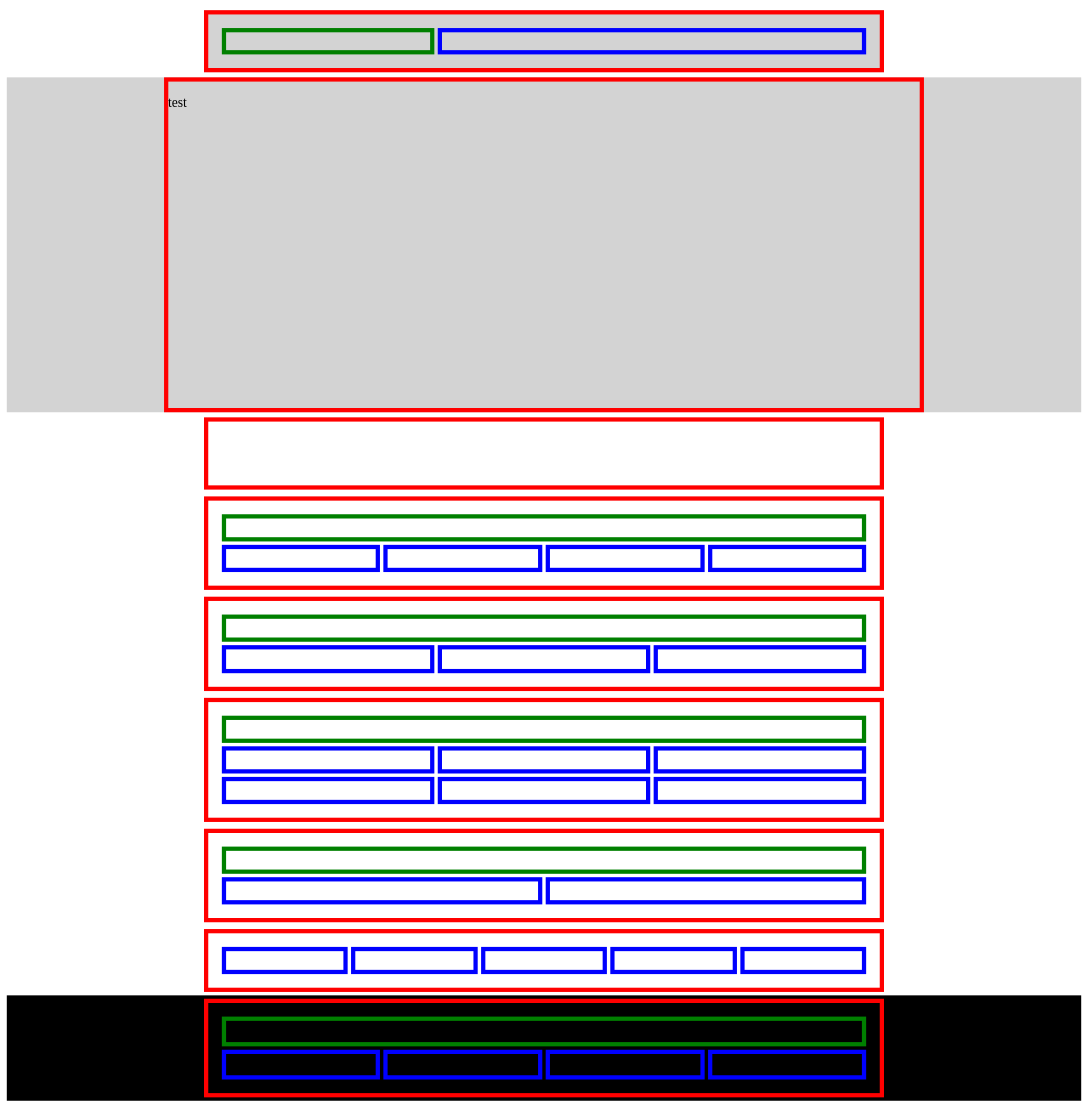
Repository: anderscederberg11/LAB2BG
Page: index.html
These files come from the project's save history. The page is drawn as it stood at one moment and after the next save; the edit follows.
The browser window is 1280 px wide. The pictures show the whole page, at 85% of full size.

Above is the page before, as saved 2024-02-01 20:44:02.

### index.html
<!doctype html>
<html class="no-js" lang="en">

<head>
  <meta charset="utf-8">
  <meta name="viewport" content="width=device-width, initial-scale=1">
  <title>Sebastians Wonderful Website</title>
  <link rel="stylesheet" href="css/style.css">
  <meta name="description" content="sebastians website">
  <meta property="og:title" content="Sebastians Wonderful Website">
  <meta property="og:type" content="website">
  <meta property="og:url" content="https://www.SebastianWebsite.com">
  <!--<meta property="og:image" content=""> -->

  <link rel="icon" href="/favicon.ico" sizes="any">
  <link rel="icon" href="/icon.svg" type="image/svg+xml">
  <link rel="apple-touch-icon" href="icon.png">

</head>
    <body class="displayContainer">

        <header class="headerContainer">
            <div class="headerTitleContainer">
                <h1 class="title"></h1>
            </div>
            <div class="headerImageContainer"></div>
        </header>

        <div class="sectionOne">
            <div class="sectionOneImage">
                <div class="sectionOneList">
                    <p>test</p>
                </div>
                <!-- image -->
            </div>
        </div>

        <div class="sectionTwo">
            <h1 class="title"></h1>
        </div>

        <div class="sectionThree">
            <div class="headerSectionThree">
                <h2 class="secondHeader"></h2>
                <h5 class="subHeader"></h5>
            </div>
            <div class="card"></div>
            <div class="card"></div>
            <div class="card"></div>
            <div class="card"></div>
        </div>

        <div class="sectionFour">
            <div class="headerSectionFour">
                <h2 class="secondHeader"></h2>
                <h5 class="subHeader"></h5>
            </div>
            <div class="card-special"></div>
            <div class="card"></div>
            <div class="card"></div>
        </div>

        <div class="sectionFive">
            <div class="headerSectionFive">
                <h2 class="secondHeader"></h2>
                <h5 class="subHeader"></h5>
            </div>
            <div class="card"></div>
            <div class="card"></div>
            <div class="card"></div>
            <div class="card"></div>
            <div class="card"></div>
            <div class="card"></div>
        </div>

        <div class="sectionSix">
            <div class="headerSectionSix">
                <h2 class="secondHeader"></h2>
                <h5 class="subHeader"></h5>
            </div>
            <div class="card-special"></div>
            <div class="card-special"></div>
        </div>

        <div class="sectionSeven">
            <div class="card"></div>
            <div class="card"></div>
            <div class="card"></div>
            <div class="card"></div>
            <div class="card"></div>
        </div>

        <footer class="footerContainer">
            <div class="sectionFooter">
                <div class="footerInfo"><h6></h6></div>
                <div class="footerInfoCard"><h4></h4></div>
                <div class="footerInfoCard"><h4></h4></div>
                <div class="footerInfoCard"><h4></h4></div>
                <div class="footerInfoCard"><h4></h4></div>
            </div>
        </footer>

    </body>
</html>

### css/style.css
.displayContainer{
  display:flex;
  flex-direction: column;
  align-items: center;
}

.card, .card-special {
  border: 5px solid blue;
}

.headerContainer{
  grid-template-columns: repeat(3, 1fr);
  background-color: lightgrey;
}

.headerTitleContainer{
  border: 5px solid green;
}

.headerImageContainer{
  grid-column: 2/4;
  border: 5px solid blue;
}

.sectionOne{
  display:flex;
  flex-direction: column;
  align-items: center;
  background-color: lightgrey;
  width:100%;
  border:none;
  margin:0.25vh;
}

.sectionOneList{

}

.sectionOneImage{
  width:70%;
  height:30vw;
  border: 5px solid red;
}

.headerContainer, .sectionTwo, .sectionThree, .sectionFour, .sectionFive, .sectionSix, .sectionSeven, .sectionFooter{
  display:grid;
  width:60%;
  grid-gap:0.25em;
  padding:1em;
  margin:0.25em;
  border: 5px solid red;
}

.headerSectionThree, .headerSectionFour, .headerSectionFive, .headerSectionSix, .footerInfo{
  border: 5px solid green;
}

.sectionThree, .sectionFooter{
  grid-template-columns: repeat(4, 1fr);
  grid-template-rows: repeat(2, 1fr);
}

.headerSectionThree, .footerInfo{
  grid-column: span 4;
}

.sectionFour{
  grid-template-columns: repeat(3, 1fr);
  grid-template-rows: repeat(2, 1fr);
}

.headerSectionFour{
  grid-column: span 3;
}

.sectionFive{
  grid-template-columns: repeat(3, 1fr);
  grid-template-rows: repeat(3, 1fr);
}

.headerSectionFive{
  grid-column: span 3;
}

.sectionSix{
  grid-template-columns: repeat(2, 1fr);
  grid-template-rows: repeat(2, 1fr);
}

.headerSectionSix{
  grid-column: span 2;
}

.sectionSeven{
  grid-template-columns: repeat(5, 1fr);
  height:31.51px; /*REMOVE*/
}

.footerContainer{
  display:flex;
  flex-direction: column;
  align-items: center;
  width:100%;
  background-color: black;
}

.sectionFooter{

}

.footerInfo{

}

.footerInfoCard{
  border: 5px solid blue;
}

/* Small only */
@media screen and (max-width: 39.9375em) {
  .sectionOne, .sectionSix, .sectionSeven{
    display: none;
  }
  .sectionThree, .sectionFour, .sectionFive{
    grid-template-columns: repeat(1, 1fr);
  }
  .headerSectionThree, .headerSectionFour, .headerSectionFive{
    grid-column: span 1;
  }
  .sectionThree, .sectionFour{
    grid-template-rows: repeat(5, 1fr);
  }
  .sectionFive{
    grid-template-rows: repeat(7, 1fr);
  }
}

/* Medium and up */
@media screen and (min-width: 40em) {}

/* Medium only */
@media screen and (min-width: 40em) and (max-width: 63.9375em) {
  .sectionThree, .sectionFour, .sectionFooter, .sectionFive{
    grid-template-columns: repeat(2, 1fr);
    grid-template-rows: repeat(3, 1fr);
  }

  .headerSectionThree, .footerInfo, .headerSectionFour, .sectionFour .card-special, .headerSectionFive {
    grid-column: span 2;
  }

  .sectionFive{
    grid-template-rows: repeat(4, 1fr);
  }

  .sectionSix{
    grid-template-columns: repeat(1, 1fr);
    grid-template-rows: repeat(3, 1fr);
  }

  .headerSectionSix{
    grid-column: span 1;
  }
}

/* Large and up */
@media screen and (min-width: 64em) {}

/* Large only */
@media screen and (min-width: 64em) and (max-width: 74.9375em) {}

After the next save:
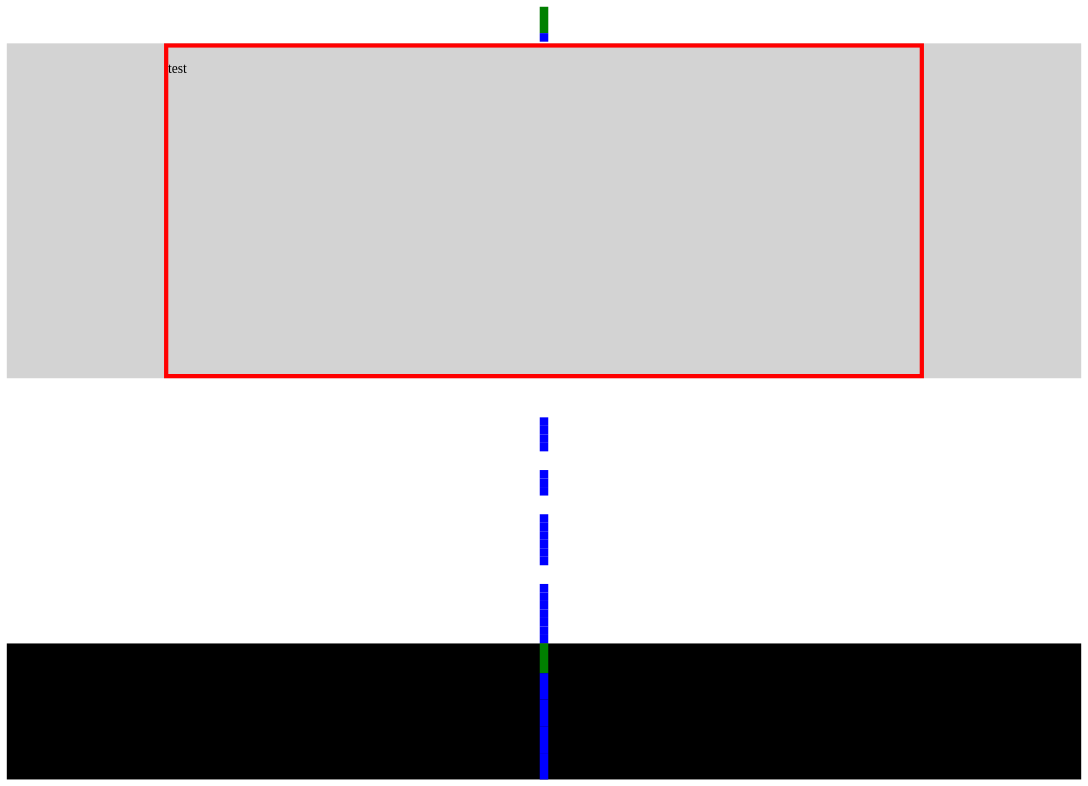
Saved 17 min 39 s later.
--- a/css/style.css
+++ b/css/style.css
@@ -32,68 +32,45 @@
   margin:0.25vh;
 }
 
-.sectionOneList{
-
-}
-
 .sectionOneImage{
   width:70%;
   height:30vw;
   border: 5px solid red;
 }
 
-.headerContainer, .sectionTwo, .sectionThree, .sectionFour, .sectionFive, .sectionSix, .sectionSeven, .sectionFooter{
-  display:grid;
-  width:60%;
-  grid-gap:0.25em;
-  padding:1em;
-  margin:0.25em;
+.sectionContainer {
+  display: grid;
+  width: 60%;
+  grid-gap: 0.25em;
+  padding: 1em;
+  margin: 0.25em;
   border: 5px solid red;
 }
 
-.headerSectionThree, .headerSectionFour, .headerSectionFive, .headerSectionSix, .footerInfo{
+.headerSection, .footerInfo{
   border: 5px solid green;
 }
 
-.sectionThree, .sectionFooter{
-  grid-template-columns: repeat(4, 1fr);
-  grid-template-rows: repeat(2, 1fr);
-}
-
-.headerSectionThree, .footerInfo{
-  grid-column: span 4;
-}
-
-.sectionFour{
-  grid-template-columns: repeat(3, 1fr);
-  grid-template-rows: repeat(2, 1fr);
-}
-
-.headerSectionFour{
+.headerSection {
   grid-column: span 3;
 }
 
-.sectionFive{
+.sectionContent {
+  display: grid;
   grid-template-columns: repeat(3, 1fr);
   grid-template-rows: repeat(3, 1fr);
 }
 
-.headerSectionFive{
-  grid-column: span 3;
-}
-
-.sectionSix{
-  grid-template-columns: repeat(2, 1fr);
+.sectionContent:nth-last-child(-n+2) {
   grid-template-rows: repeat(2, 1fr);
 }
 
-.headerSectionSix{
-  grid-column: span 2;
+.sectionSixContent {
+  grid-template-columns: repeat(2, 1fr);
 }
 
-.sectionSeven{
+.sectionSevenContent {
   grid-template-columns: repeat(5, 1fr);
-  height:31.51px; /*REMOVE*/
 }
 
 .footerContainer{
@@ -104,67 +81,46 @@
   background-color: black;
 }
 
-.sectionFooter{
-
-}
-
-.footerInfo{
-
-}
-
 .footerInfoCard{
   border: 5px solid blue;
 }
 
 /* Small only */
 @media screen and (max-width: 39.9375em) {
-  .sectionOne, .sectionSix, .sectionSeven{
+  .sectionOne, .sectionSix, .sectionSeven {
     display: none;
   }
-  .sectionThree, .sectionFour, .sectionFive{
+  .sectionContent {
     grid-template-columns: repeat(1, 1fr);
   }
-  .headerSectionThree, .headerSectionFour, .headerSectionFive{
+  .headerSection {
     grid-column: span 1;
   }
-  .sectionThree, .sectionFour{
+  .sectionContent {
     grid-template-rows: repeat(5, 1fr);
   }
-  .sectionFive{
+  .sectionContent:nth-last-child(-n+2) {
     grid-template-rows: repeat(7, 1fr);
   }
 }
 
-/* Medium and up */
-@media screen and (min-width: 40em) {}
-
 /* Medium only */
 @media screen and (min-width: 40em) and (max-width: 63.9375em) {
-  .sectionThree, .sectionFour, .sectionFooter, .sectionFive{
+  .sectionContent {
     grid-template-columns: repeat(2, 1fr);
     grid-template-rows: repeat(3, 1fr);
   }
 
-  .headerSectionThree, .footerInfo, .headerSectionFour, .sectionFour .card-special, .headerSectionFive {
+  .headerSection, .footerInfo, .card-special {
     grid-column: span 2;
   }
 
-  .sectionFive{
+  .sectionContent:nth-last-child(-n+2) {
     grid-template-rows: repeat(4, 1fr);
   }
 
-  .sectionSix{
+  .sectionSixContent {
     grid-template-columns: repeat(1, 1fr);
     grid-template-rows: repeat(3, 1fr);
   }
-
-  .headerSectionSix{
-    grid-column: span 1;
-  }
 }
-
-/* Large and up */
-@media screen and (min-width: 64em) {}
-
-/* Large only */
-@media screen and (min-width: 64em) and (max-width: 74.9375em) {}

After the save that followed:
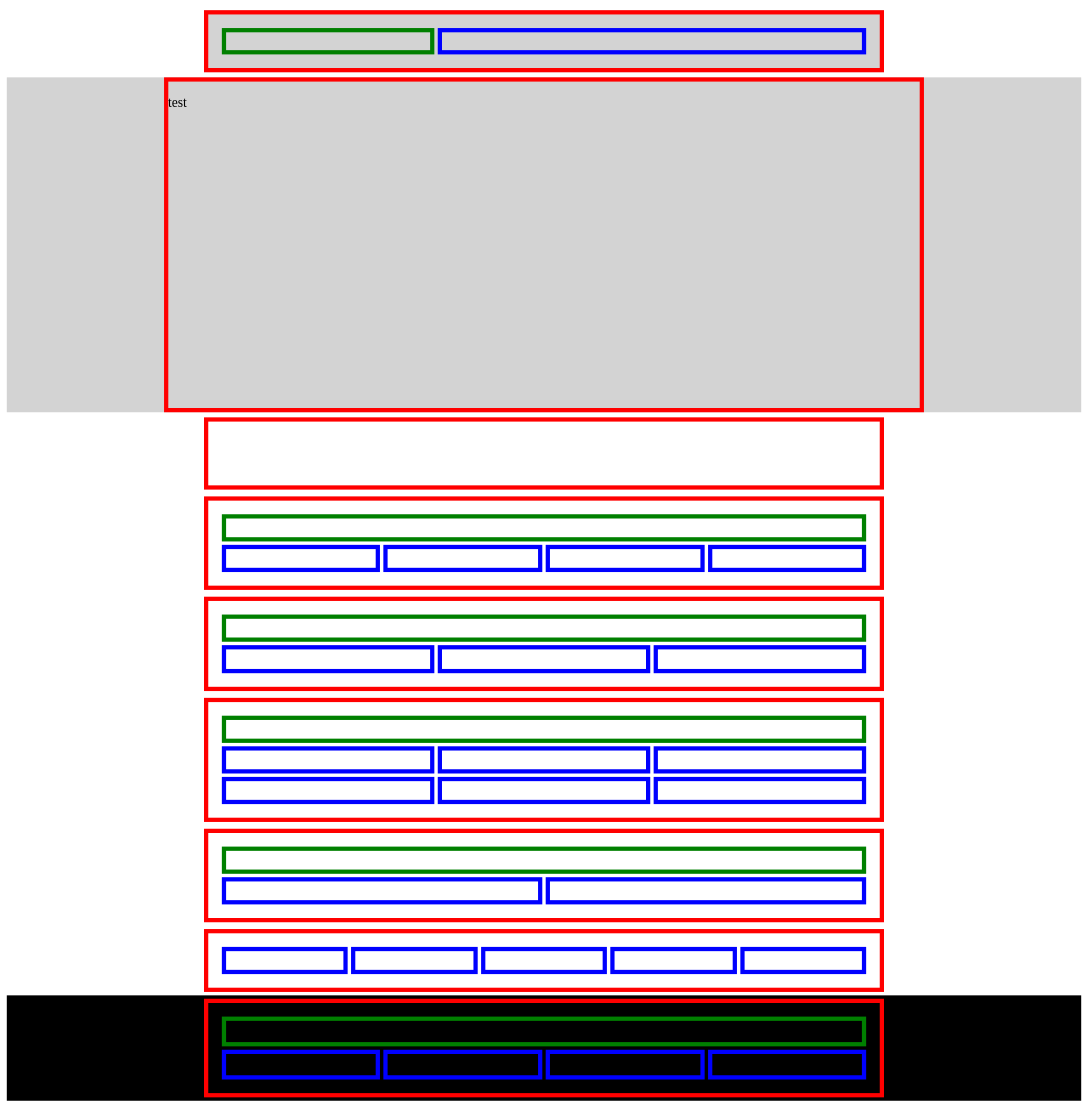
Saved 17 s later.
--- a/css/style.css
+++ b/css/style.css
@@ -32,45 +32,68 @@
   margin:0.25vh;
 }
 
+.sectionOneList{
+
+}
+
 .sectionOneImage{
   width:70%;
   height:30vw;
   border: 5px solid red;
 }
 
-.sectionContainer {
-  display: grid;
-  width: 60%;
-  grid-gap: 0.25em;
-  padding: 1em;
-  margin: 0.25em;
+.headerContainer, .sectionTwo, .sectionThree, .sectionFour, .sectionFive, .sectionSix, .sectionSeven, .sectionFooter{
+  display:grid;
+  width:60%;
+  grid-gap:0.25em;
+  padding:1em;
+  margin:0.25em;
   border: 5px solid red;
 }
 
-.headerSection, .footerInfo{
+.headerSectionThree, .headerSectionFour, .headerSectionFive, .headerSectionSix, .footerInfo{
   border: 5px solid green;
 }
 
-.headerSection {
+.sectionThree, .sectionFooter{
+  grid-template-columns: repeat(4, 1fr);
+  grid-template-rows: repeat(2, 1fr);
+}
+
+.headerSectionThree, .footerInfo{
+  grid-column: span 4;
+}
+
+.sectionFour{
+  grid-template-columns: repeat(3, 1fr);
+  grid-template-rows: repeat(2, 1fr);
+}
+
+.headerSectionFour{
   grid-column: span 3;
 }
 
-.sectionContent {
-  display: grid;
+.sectionFive{
   grid-template-columns: repeat(3, 1fr);
   grid-template-rows: repeat(3, 1fr);
 }
 
-.sectionContent:nth-last-child(-n+2) {
+.headerSectionFive{
+  grid-column: span 3;
+}
+
+.sectionSix{
+  grid-template-columns: repeat(2, 1fr);
   grid-template-rows: repeat(2, 1fr);
 }
 
-.sectionSixContent {
-  grid-template-columns: repeat(2, 1fr);
+.headerSectionSix{
+  grid-column: span 2;
 }
 
-.sectionSevenContent {
+.sectionSeven{
   grid-template-columns: repeat(5, 1fr);
+  height:31.51px; /*REMOVE*/
 }
 
 .footerContainer{
@@ -81,46 +104,70 @@
   background-color: black;
 }
 
+.sectionFooter{
+
+}
+
+.footerInfo{
+
+}
+
 .footerInfoCard{
   border: 5px solid blue;
 }
 
 /* Small only */
 @media screen and (max-width: 39.9375em) {
-  .sectionOne, .sectionSix, .sectionSeven {
+  .sectionOne, .sectionSix, .sectionSeven{
     display: none;
   }
-  .sectionContent {
+  .sectionThree, .sectionFour, .sectionFive{
     grid-template-columns: repeat(1, 1fr);
   }
-  .headerSection {
+  .headerSectionThree, .headerSectionFour, .headerSectionFive{
     grid-column: span 1;
   }
-  .sectionContent {
+  .headerSectionThree{
+
+  }
+  .sectionThree, .sectionFour{
     grid-template-rows: repeat(5, 1fr);
   }
-  .sectionContent:nth-last-child(-n+2) {
+  .sectionFive{
     grid-template-rows: repeat(7, 1fr);
   }
 }
 
+/* Medium and up */
+@media screen and (min-width: 40em) {}
+
 /* Medium only */
 @media screen and (min-width: 40em) and (max-width: 63.9375em) {
-  .sectionContent {
+  .sectionThree, .sectionFour, .sectionFooter, .sectionFive{
     grid-template-columns: repeat(2, 1fr);
     grid-template-rows: repeat(3, 1fr);
   }
 
-  .headerSection, .footerInfo, .card-special {
+  .headerSectionThree, .footerInfo, .headerSectionFour, .sectionFour .card-special, .headerSectionFive {
     grid-column: span 2;
   }
 
-  .sectionContent:nth-last-child(-n+2) {
+  .sectionFive{
     grid-template-rows: repeat(4, 1fr);
   }
 
-  .sectionSixContent {
+  .sectionSix{
     grid-template-columns: repeat(1, 1fr);
     grid-template-rows: repeat(3, 1fr);
   }
+
+  .headerSectionSix{
+    grid-column: span 1;
+  }
 }
+
+/* Large and up */
+@media screen and (min-width: 64em) {}
+
+/* Large only */
+@media screen and (min-width: 64em) and (max-width: 74.9375em) {}
